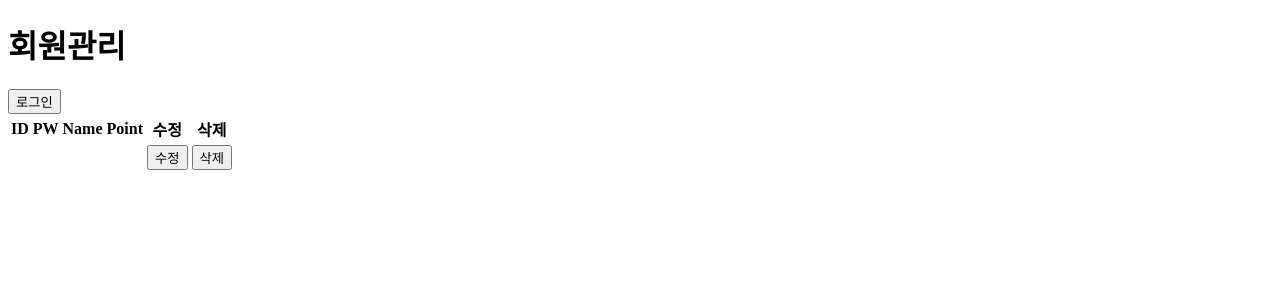
Repository: euniiee/test11
Page: http://localhost/Project/memList.jsp
The author's editor kept a copy of each file at every save. The page is drawn from the files as they stood at one save, then again after the next save.
The browser window is 1280 px wide. The pictures show the whole page.
The page is served by Tomcat 9.

Above is the page before, as saved 2023-02-01 01:39:49.

After the next save:
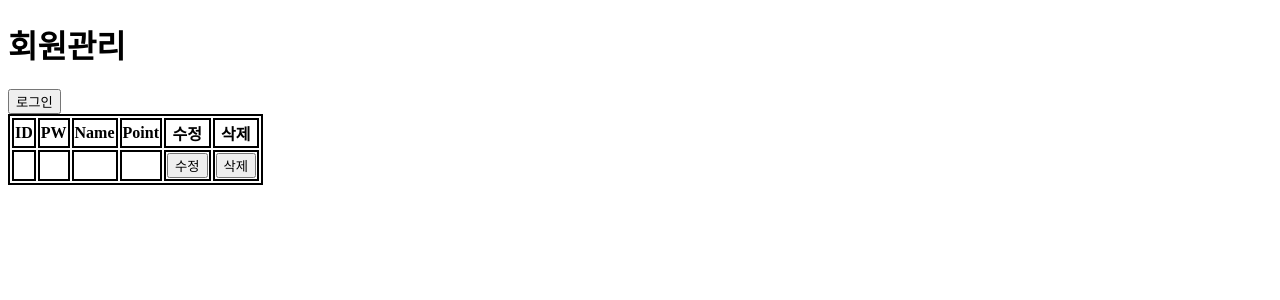
Saved 73 s later.
--- a/Project/WebContent/memList.jsp
+++ b/Project/WebContent/memList.jsp
@@ -5,6 +5,11 @@
 <head>
 <meta charset="UTF-8">
 <title>Insert title here</title>
+<style>
+	table, th, td {
+		border: 2px solid black;
+	}
+</style>
 </head>
 <body>
 	<div>
